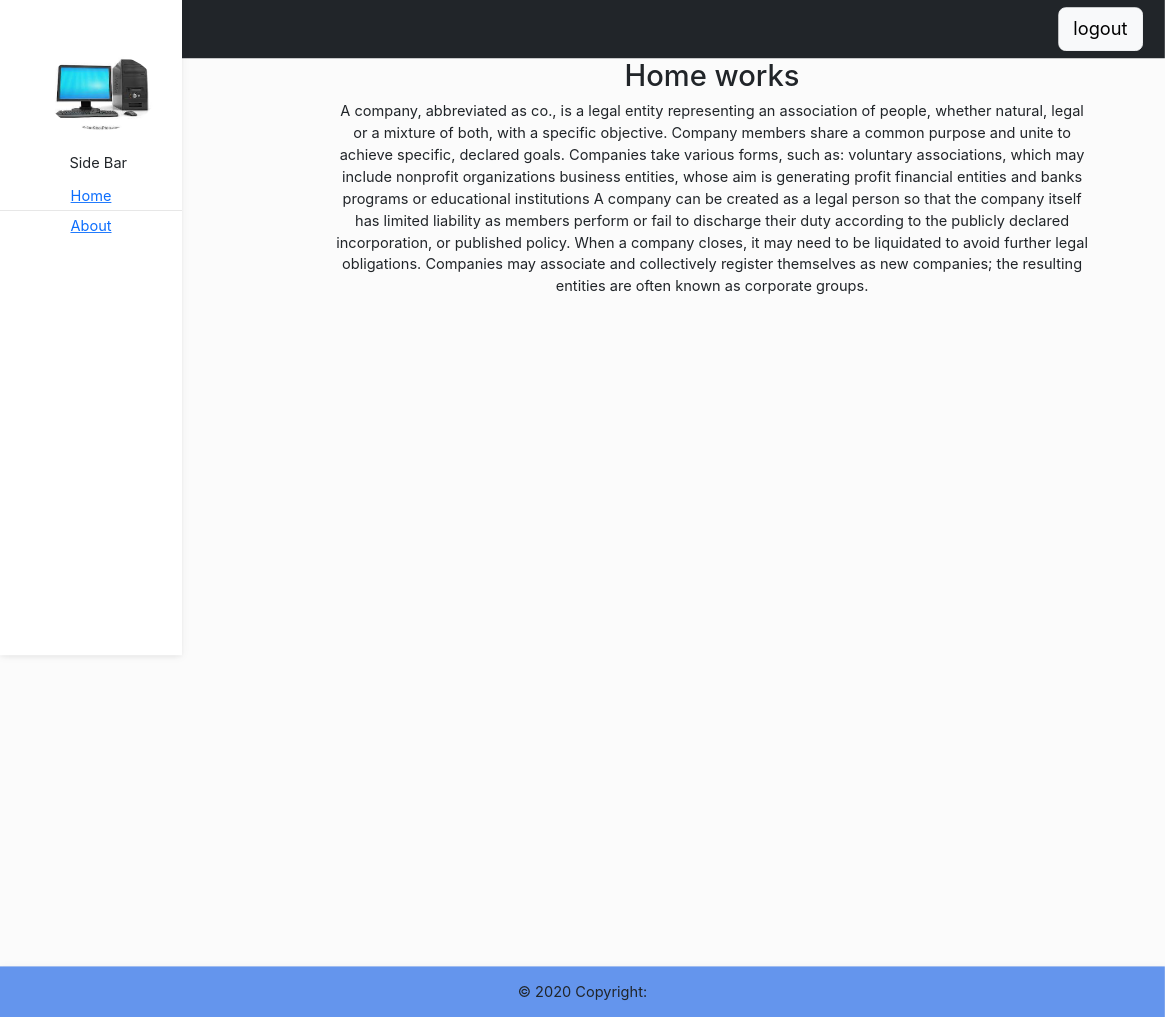
Repository: Sakshamccna/React
Page: /Home
These files come from the project's save history. The page is drawn as it stood at one moment and after the next save; the edit follows.
The browser window is 1280 px wide. The pictures show the whole page, at 91% of full size.
The project was rebuilt for these pictures with package versions that can differ from the ones it lists, and the page was loaded fresh each time. Also part of the build but not shown: src/Components/About.tsx.

Above is the page before, as saved 2022-12-26 13:17:46.

After the next save:
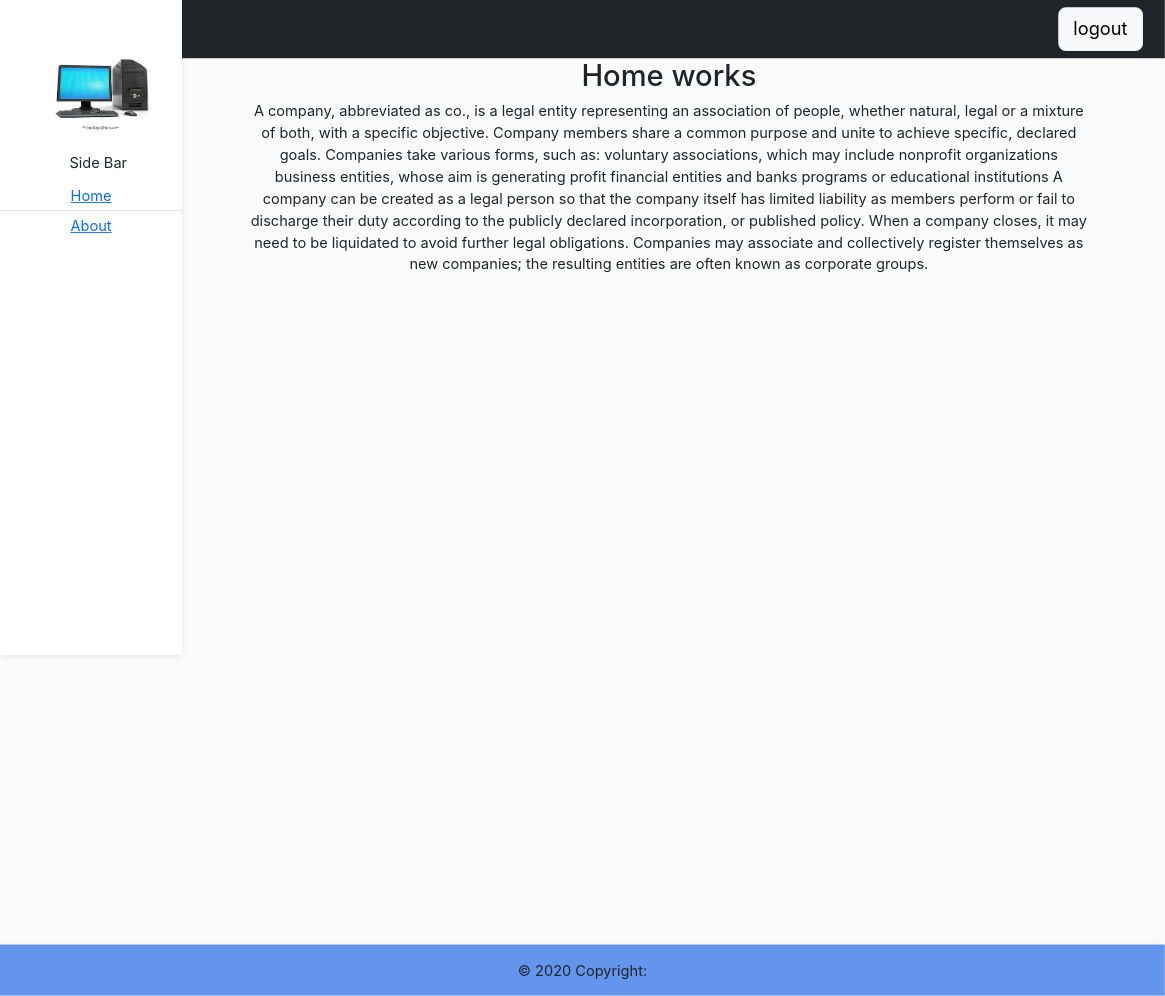
Saved 3 min 43 s later.
--- a/src/Components/Home.tsx
+++ b/src/Components/Home.tsx
@@ -1,4 +1,5 @@
 import React from 'react'
+import { Outlet } from 'react-router-dom'
 
 function Home() {
     return (
@@ -6,8 +7,8 @@ function Home() {
 
             <div className='container'>
                 <div className='row'>
-                    <div className='col-3 '></div>
-                    <div className='col-9'>
+                    <div className='col-2 '></div>
+                    <div className='col-10'>
                         <h2 > Home works</h2>
                         <p>
                             A company, abbreviated as co., is a legal entity representing an association of people, whether natural, legal or a mixture of both, with a specific objective. Company members share a common purpose and unite to achieve specific, declared goals. Companies take various forms, such as:
@@ -24,6 +25,7 @@ function Home() {
                     </div>
                 </div>
             </div>
+            <Outlet />
         </>
     )
 }
